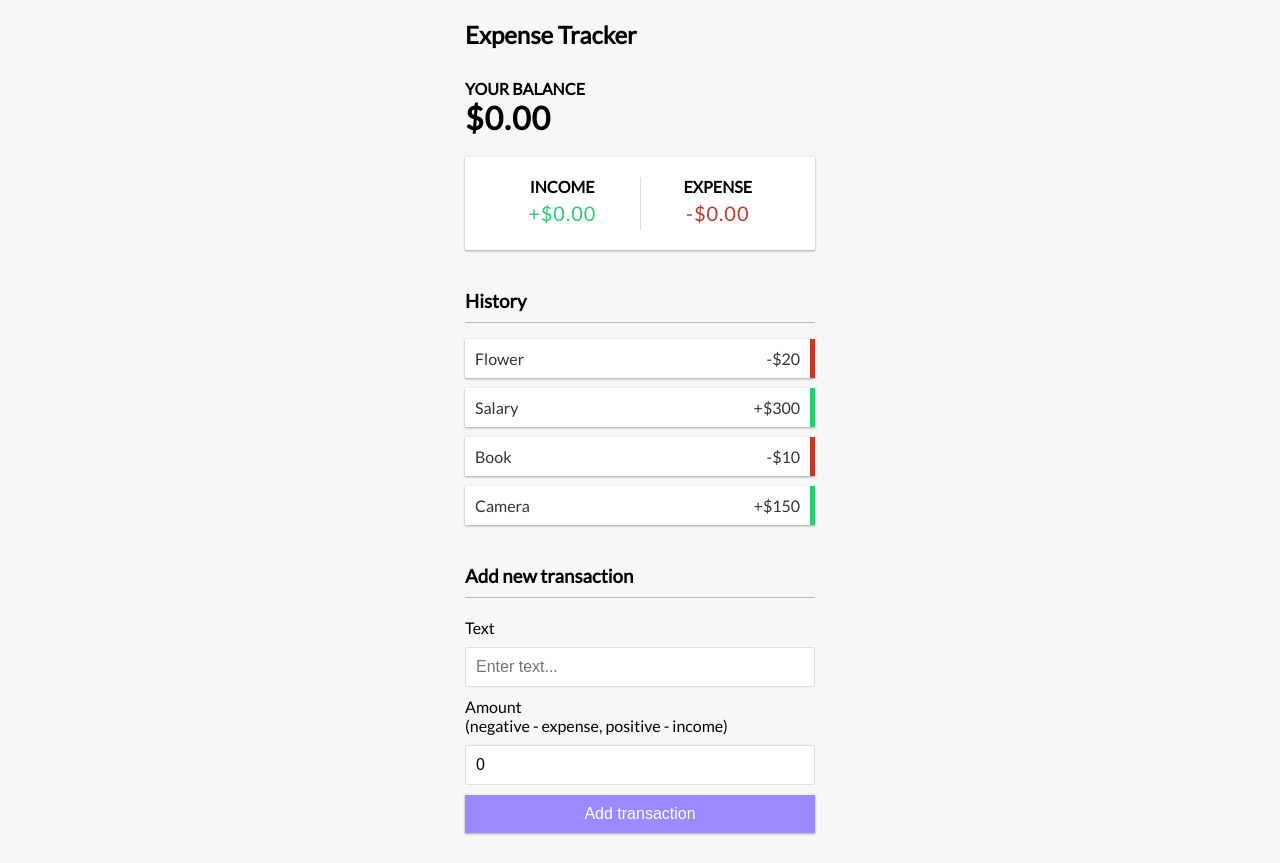
Repository: Adel-Abdallah/ex-tracker
Page: /
The author's editor kept a copy of each file at every save. The page is drawn from the files as they stood at one save, then again after a run of saves.
The browser window is 1280 px wide. The pictures show the whole page.
The project was rebuilt for these pictures with package versions that can differ from the ones it lists, and the page was loaded fresh each time. Imported but missing from the stored project, and not drawn on this page: src/context/AppReducer.

Above is the page before, as saved 2020-10-25 09:41:26.

### src/index.js
import React from 'react';
import ReactDOM from 'react-dom';

import App from './App';


ReactDOM.render(

    <App />,

  document.getElementById('root')
);

### src/App.js
import React from "react";
import Header from "./components/Header";
import Balance from "./components/Balance";
import "./App.css";
import IncomeEspenses from "./components/IncomeExpenses";
import TransactionList from "./components/TransactionList";
import AddTransaction from "./components/AddTransaction";

import {GlobalProvider} from "./context/GlobleState"

function App() {
  return (
    <GlobalProvider>
      <Header />
      <div className='container'>
        <Balance />
        <IncomeEspenses />
        <TransactionList />
        <AddTransaction/>
      </div>
    </GlobalProvider>
  );
}

export default App;

### src/components/Header.jsx
import React from "react";

const Header = () => {
  return <h2>Expense Tracker</h2>;
};

export default Header;

### src/components/Balance.jsx
import React from "react";
import { GlobalContext } from "../context/GlobleState";

const Balance = () => {
  return (
    <>
      <h4>Your Balance</h4>
      <h1>$0.00</h1>
    </>
  );
};

export default Balance;

### src/components/IncomeExpenses.jsx
import React from "react";

const IncomeEspenses = () => {
  return (
    <div className='inc-exp-container'>
      <div>
        <h4>Income</h4>
        <p className='money plus'>+$0.00</p>
      </div>
      <div>
        <h4>Expense</h4>
        <p className='money minus'>-$0.00</p>
      </div>
    </div>
  );
};

export default IncomeEspenses;

### src/components/TransactionList.jsx
import React, { useContext } from "react";
import { GlobalContext } from "../context/GlobleState";
import Transaction from "./Transaction";

const TransactionList = () => {
  const { transactions } = useContext(GlobalContext);

  return (
    <>
      <h3>History</h3>
      <ul className='list'>
        {transactions.map(transaction => (
          <Transaction key={transaction.id} transaction={transaction} />
        ))}
      </ul>
    </>
  );
};

export default TransactionList;

### src/components/AddTransaction.jsx
import React, { useState } from "react";

const AddTransaction = () => {
  const [text, setText] = useState("");
  const [amount, setAmount] = useState(0);
  return (
    <>
      <h3>Add new transaction</h3>
      <form id='form'>
        <div className='form-control'>
          <label htmlFor='text'>Text</label>
          <input
            type='text'
            value={text}
            onChange={e => setText(e.target.value)}
            placeholder='Enter text...'
          />
        </div>
        <div className='form-control'>
          <label htmlFor='amount'>
            Amount <br />
            (negative - expense, positive - income)
          </label>
          <input type='number' value={amount}
            onChange={e => setAmount(e.target.value)} placeholder='Enter amount...' />
        </div>
        <button className='btn'>Add transaction</button>
      </form>
    </>
  );
};

export default AddTransaction;

### src/context/GlobleState.jsx
import React, {createContext,useReducer} from "react";
import AppReducer from "./AppReducer";
// Initial state
const initialState={
    transactions:[
          { id: 1, text: 'Flower', amount: -20 },
          { id: 2, text: 'Salary', amount: 300 },
          { id: 3, text: 'Book', amount: -10 },
          { id: 4, text: 'Camera', amount: 150 }
        ]
}

// Create context
export const GlobalContext = createContext(initialState);

// provider component

export const GlobalProvider = ({children})=>{
 const [state,dispatch]=useReducer(AppReducer,initialState);

 return (
     <GlobalContext.Provider value={{
         transactions:state.transactions
     }}>
         {children}
     </GlobalContext.Provider>
 )
}

### src/components/Transaction.jsx
import React from "react";

const Transaction = ({ transaction }) => {
  const sign = transaction.amount < 0 ? "-" : "+";
  return (
    <li className={transaction.amount < 0 ? "minus" : "plus"}>
      {transaction.text}{" "}
      <span>
        {sign}${Math.abs(transaction.amount)}
      </span>
      <button className='delete-btn'>x</button>
    </li>
  );
};

export default Transaction;

Loaded but not shown: public/index.html (common file); src/App.css (common file)

After the next 9 saves:
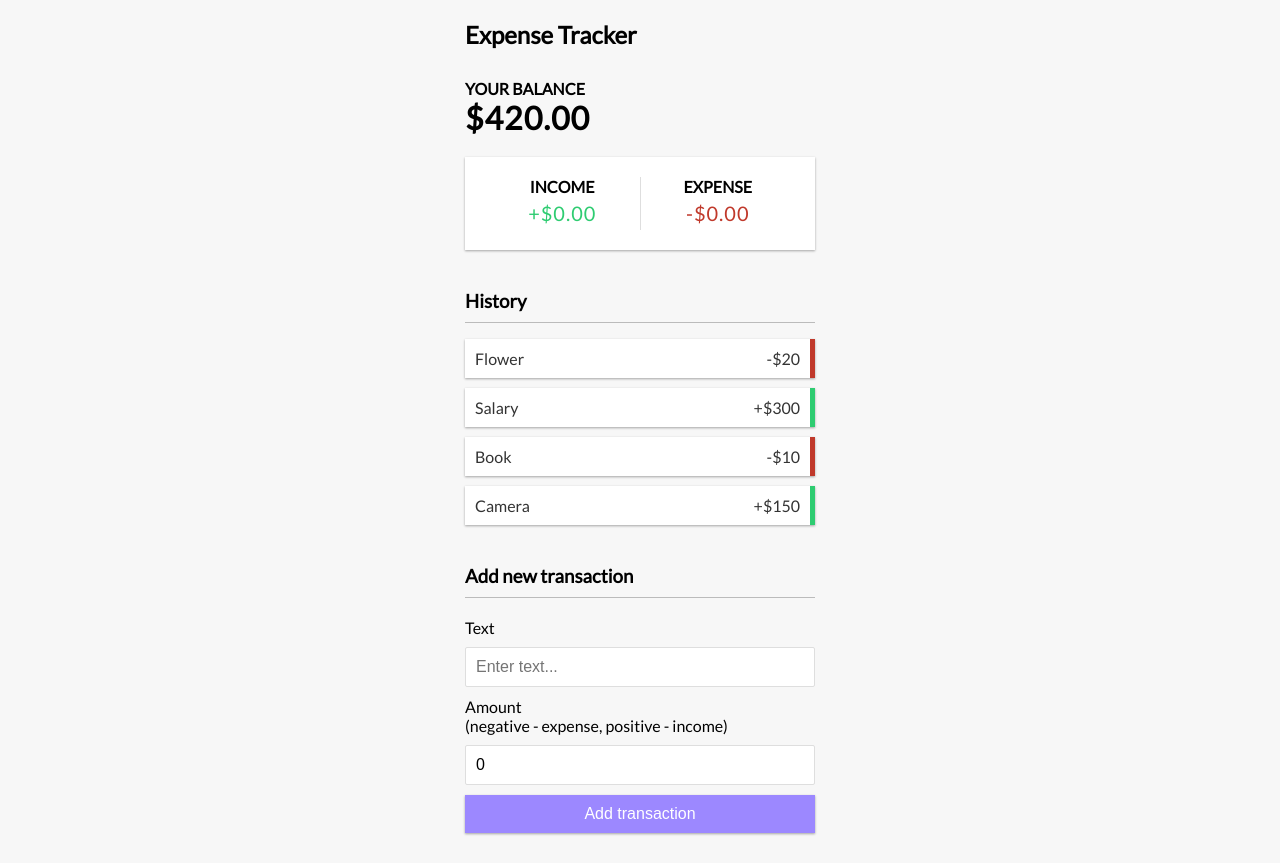
The 9 saves are shown as one change because 4 did not build or start and some came seconds apart.
The last was saved 2 min 43 s later.
--- a/src/components/Balance.jsx
+++ b/src/components/Balance.jsx
@@ -1,11 +1,16 @@
-import React from "react";
+import React,{useContext} from "react";
 import { GlobalContext } from "../context/GlobleState";
 
 const Balance = () => {
+  const { transactions } = useContext(GlobalContext);
+
+  const amounts = transactions.map(transaction => transaction.amount);
+
+  const total = amounts.reduce((acc, item) => (acc += item), 0).toFixed(2);
   return (
     <>
       <h4>Your Balance</h4>
-      <h1>$0.00</h1>
+      <h1>${total}</h1>
     </>
   );
 };
